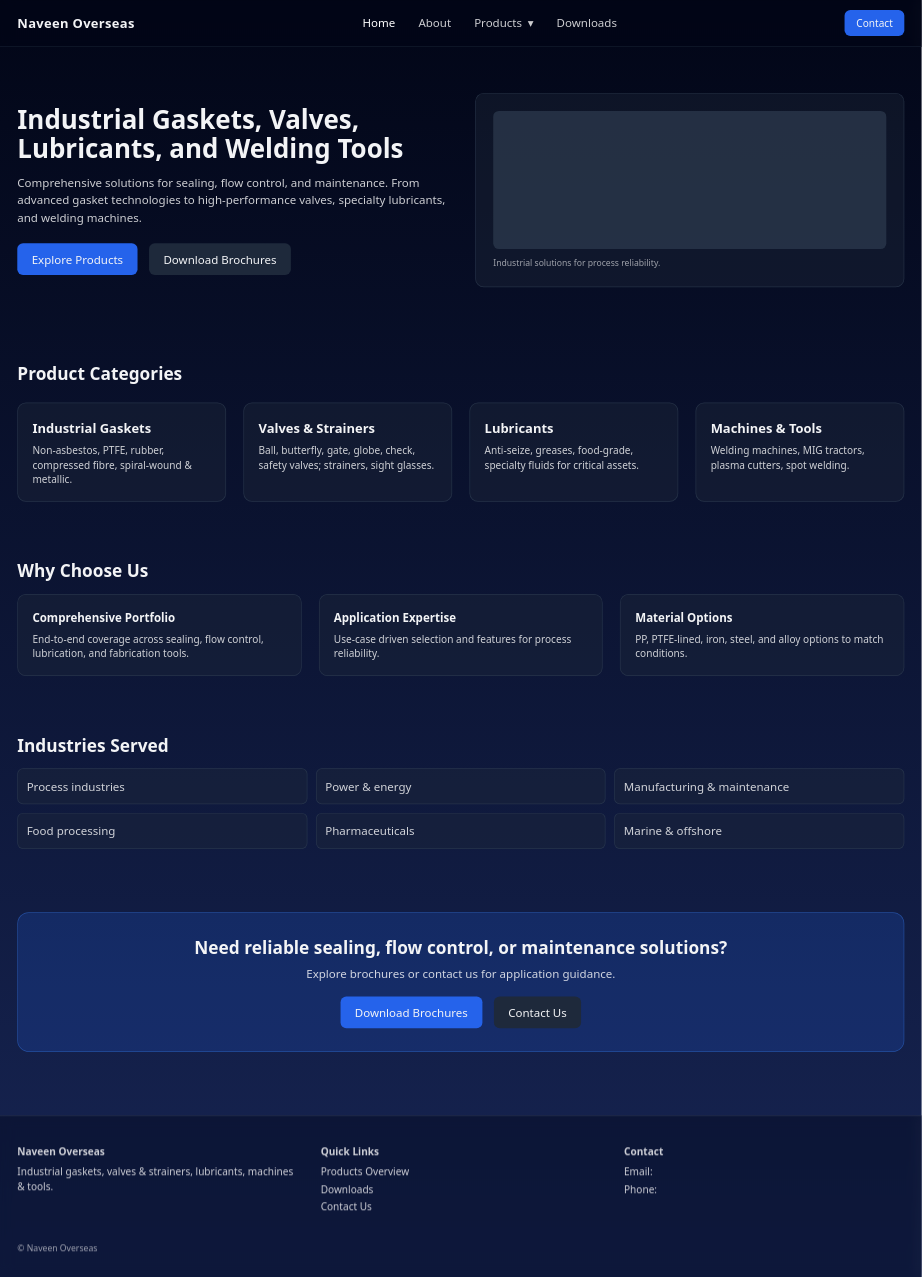
Repository: krish634-ai/overs
Page: /
These files come from the project's save history. The page is drawn as it stood at one moment and after the next save; the edit follows.
The browser window is 1280 px wide. The pictures show the whole page, at 72% of full size.
The project was rebuilt for these pictures with package versions that can differ from the ones it lists, and the page was loaded fresh each time. Also part of the build but not shown: vite.config.js, src/pages/About.jsx, src/pages/Products.jsx, src/pages/Gaskets.jsx, src/pages/Valves.jsx, src/pages/Lubricants.jsx, src/pages/MachinesTools.jsx, src/pages/Contact.jsx and 1 more.

Above is the page before, as saved 2025-11-19 14:15:37.

### index.html
<!doctype html>
<html lang="en">
  <head>
    <meta charset="UTF-8" />
    <meta name="viewport" content="width=device-width, initial-scale=1.0" />
    <title>Naveen Overseas</title>
  </head>
  <body>
    <div id="root"></div>
    <script type="module" src="/src/main.jsx"></script>
  </body>
</html>

### src/main.jsx
import React from 'react'
import ReactDOM from 'react-dom/client'
import { BrowserRouter } from 'react-router-dom'
import App from './App.jsx'
import './styles.css'

ReactDOM.createRoot(document.getElementById('root')).render(
  <React.StrictMode>
    <BrowserRouter>
      <App />
    </BrowserRouter>
  </React.StrictMode>
)

### src/App.jsx
import { Routes, Route } from 'react-router-dom'
import Layout from './components/Layout.jsx'
import Home from './pages/Home.jsx'
import About from './pages/About.jsx'
import Products from './pages/Products.jsx'
import Gaskets from './pages/Gaskets.jsx'
import Valves from './pages/Valves.jsx'
import Lubricants from './pages/Lubricants.jsx'
import MachinesTools from './pages/MachinesTools.jsx'
import Contact from './pages/Contact.jsx'
import Downloads from './pages/Downloads.jsx'

export default function App() {
  return (
    <Layout>
      <Routes>
        <Route path="/" element={<Home />} />
        <Route path="/about" element={<About />} />
        <Route path="/products" element={<Products />} />
        <Route path="/gaskets" element={<Gaskets />} />
        <Route path="/valves" element={<Valves />} />
        <Route path="/lubricants" element={<Lubricants />} />
        <Route path="/machines-tools" element={<MachinesTools />} />
        <Route path="/contact" element={<Contact />} />
        <Route path="/downloads" element={<Downloads />} />
      </Routes>
    </Layout>
  )
}

### src/styles.css
@tailwind base;
@tailwind components;
@tailwind utilities;

html, body, #root {
  height: 100%;
}

### src/components/Layout.jsx
import Nav from './Nav.jsx'
import Footer from './Footer.jsx'

export default function Layout({ children }) {
  return (
    <div className="min-h-screen flex flex-col bg-gradient-to-b from-slate-950 to-blue-950 text-gray-100">
      <header className="sticky top-0 z-40 border-b border-slate-800/60 bg-slate-950/60 backdrop-blur">
        <Nav />
      </header>
      <main className="flex-1">{children}</main>
      <Footer />
    </div>
  )
}

### src/pages/Home.jsx
import { Link } from 'react-router-dom'

export default function Home() {
  return (
    <div>
      <section className="container mx-auto px-6 py-16">
        <div className="grid md:grid-cols-2 gap-10 items-center">
          <div>
            <h1 className="text-3xl md:text-4xl font-bold leading-tight">Industrial Gaskets, Valves, Lubricants, and Welding Tools</h1>
            <p className="mt-4 text-white/80">Comprehensive solutions for sealing, flow control, and maintenance. From advanced gasket technologies to high-performance valves, specialty lubricants, and welding machines.</p>
            <div className="mt-6 flex gap-4">
              <Link to="/products" className="inline-flex items-center rounded-lg bg-blue-600 px-5 py-2.5 font-medium hover:bg-blue-500">Explore Products</Link>
              <Link to="/downloads" className="inline-flex items-center rounded-lg bg-slate-800 px-5 py-2.5 font-medium hover:bg-slate-700">Download Brochures</Link>
            </div>
          </div>
          <div className="rounded-xl bg-slate-800/40 p-6 border border-slate-700/60">
            <div data-image="hero-industrial.jpg" className="h-48 w-full rounded-lg bg-slate-700/60"></div>
            <p className="mt-3 text-xs text-white/60">Industrial solutions for process reliability.</p>
          </div>
        </div>
      </section>

      <section className="container mx-auto px-6 py-10">
        <h2 className="text-2xl font-semibold">Product Categories</h2>
        <div className="mt-6 grid sm:grid-cols-2 lg:grid-cols-4 gap-6">
          <Link to="/gaskets" className="block rounded-xl border border-slate-700/60 bg-slate-800/40 p-5 hover:bg-slate-800/60">
            <h3 className="text-lg font-semibold">Industrial Gaskets</h3>
            <p className="mt-2 text-sm text-white/80">Non-asbestos, PTFE, rubber, compressed fibre, spiral-wound &amp; metallic.</p>
          </Link>
          <Link to="/valves" className="block rounded-xl border border-slate-700/60 bg-slate-800/40 p-5 hover:bg-slate-800/60">
            <h3 className="text-lg font-semibold">Valves &amp; Strainers</h3>
            <p className="mt-2 text-sm text-white/80">Ball, butterfly, gate, globe, check, safety valves; strainers, sight glasses.</p>
          </Link>
          <Link to="/lubricants" className="block rounded-xl border border-slate-700/60 bg-slate-800/40 p-5 hover:bg-slate-800/60">
            <h3 className="text-lg font-semibold">Lubricants</h3>
            <p className="mt-2 text-sm text-white/80">Anti-seize, greases, food-grade, specialty fluids for critical assets.</p>
          </Link>
          <Link to="/machines-tools" className="block rounded-xl border border-slate-700/60 bg-slate-800/40 p-5 hover:bg-slate-800/60">
            <h3 className="text-lg font-semibold">Machines &amp; Tools</h3>
            <p className="mt-2 text-sm text-white/80">Welding machines, MIG tractors, plasma cutters, spot welding.</p>
          </Link>
        </div>
      </section>

      <section className="container mx-auto px-6 py-10">
        <h2 className="text-2xl font-semibold">Why Choose Us</h2>
        <div className="mt-4 grid sm:grid-cols-2 lg:grid-cols-3 gap-6">
          <div className="rounded-xl border border-slate-700/60 bg-slate-800/40 p-5">
            <h3 className="font-semibold">Comprehensive Portfolio</h3>
            <p className="mt-2 text-sm text-white/80">End-to-end coverage across sealing, flow control, lubrication, and fabrication tools.</p>
          </div>
          <div className="rounded-xl border border-slate-700/60 bg-slate-800/40 p-5">
            <h3 className="font-semibold">Application Expertise</h3>
            <p className="mt-2 text-sm text-white/80">Use-case driven selection and features for process reliability.</p>
          </div>
          <div className="rounded-xl border border-slate-700/60 bg-slate-800/40 p-5">
            <h3 className="font-semibold">Material Options</h3>
            <p className="mt-2 text-sm text-white/80">PP, PTFE-lined, iron, steel, and alloy options to match conditions.</p>
          </div>
        </div>
      </section>

      <section className="container mx-auto px-6 py-10">
        <h2 className="text-2xl font-semibold">Industries Served</h2>
        <ul className="mt-4 grid sm:grid-cols-2 lg:grid-cols-3 gap-3 text-white/80">
          <li className="rounded-lg bg-slate-800/40 border border-slate-700/60 p-3">Process industries</li>
          <li className="rounded-lg bg-slate-800/40 border border-slate-700/60 p-3">Power &amp; energy</li>
          <li className="rounded-lg bg-slate-800/40 border border-slate-700/60 p-3">Manufacturing &amp; maintenance</li>
          <li className="rounded-lg bg-slate-800/40 border border-slate-700/60 p-3">Food processing</li>
          <li className="rounded-lg bg-slate-800/40 border border-slate-700/60 p-3">Pharmaceuticals</li>
          <li className="rounded-lg bg-slate-800/40 border border-slate-700/60 p-3">Marine &amp; offshore</li>
        </ul>
      </section>

      <section className="container mx-auto px-6 py-12">
        <div className="rounded-2xl bg-blue-600/20 border border-blue-500/40 p-8 text-center">
          <h2 className="text-2xl font-semibold">Need reliable sealing, flow control, or maintenance solutions?</h2>
          <p className="mt-2 text-white/80">Explore brochures or contact us for application guidance.</p>
          <div className="mt-5 flex justify-center gap-4">
            <Link to="/downloads" className="inline-flex items-center rounded-lg bg-blue-600 px-5 py-2.5 font-medium hover:bg-blue-500">Download Brochures</Link>
            <Link to="/contact" className="inline-flex items-center rounded-lg bg-slate-800 px-5 py-2.5 font-medium hover:bg-slate-700">Contact Us</Link>
          </div>
        </div>
      </section>
    </div>
  )
}

### src/components/Nav.jsx
import { useState } from 'react'
import { NavLink, Link } from 'react-router-dom'

export default function Nav() {
  const [openProducts, setOpenProducts] = useState(false)
  const [mobileOpen, setMobileOpen] = useState(false)

  const linkClass = ({ isActive }) =>
    `transition-colors hover:text-white ${isActive ? 'text-white' : 'text-white/80'}`

  return (
    <div className="container mx-auto px-6">
      <div className="flex h-16 items-center justify-between">
        <NavLink to="/" className="text-lg font-semibold tracking-wide">Naveen Overseas</NavLink>
        <div className="hidden md:flex items-center gap-8">
          <NavLink to="/" className={linkClass}>Home</NavLink>
          <NavLink to="/about" className={linkClass}>About</NavLink>
          <div className="relative">
            <button className="text-white/80 hover:text-white transition-colors inline-flex items-center gap-2" onClick={() => setOpenProducts(v => !v)}>
              Products
              <span className={`transition-transform ${openProducts ? 'rotate-180' : 'rotate-0'}`}>▾</span>
            </button>
            {openProducts && (
              <div className="absolute left-0 mt-3 w-[560px] rounded-xl bg-slate-900/90 backdrop-blur ring-1 ring-white/10 shadow-soft p-6 grid grid-cols-2 gap-4">
                <Link to="/products" className="col-span-2 rounded-lg bg-slate-800/40 ring-1 ring-white/10 px-4 py-3 hover:bg-slate-800/60">Overview</Link>
                <Link to="/gaskets" className="rounded-lg bg-slate-800/40 ring-1 ring-white/10 px-4 py-3 hover:bg-slate-800/60">Gaskets</Link>
                <Link to="/valves" className="rounded-lg bg-slate-800/40 ring-1 ring-white/10 px-4 py-3 hover:bg-slate-800/60">Valves &amp; Strainers</Link>
                <Link to="/lubricants" className="rounded-lg bg-slate-800/40 ring-1 ring-white/10 px-4 py-3 hover:bg-slate-800/60">Lubricants</Link>
                <Link to="/machines-tools" className="rounded-lg bg-slate-800/40 ring-1 ring-white/10 px-4 py-3 hover:bg-slate-800/60">Machines &amp; Tools</Link>
              </div>
            )}
          </div>
          <NavLink to="/downloads" className={linkClass}>Downloads</NavLink>
        </div>
        <div className="hidden md:flex items-center gap-3">
          <NavLink to="/contact" className="inline-flex items-center rounded-lg bg-brand px-4 py-2 text-sm font-medium hover:bg-brand-dark">Contact</NavLink>
        </div>
        <button className="md:hidden inline-flex items-center rounded-lg bg-slate-800 px-3 py-2" onClick={() => setMobileOpen(true)}>Menu</button>
      </div>

      {mobileOpen && (
        <div className="fixed inset-0 z-50 bg-slate-950/80 backdrop-blur">
          <div className="absolute inset-x-0 top-0 bg-slate-900/90 p-6 border-b border-white/10">
            <div className="flex items-center justify-between">
              <Link to="/" className="text-lg font-semibold">Naveen Overseas</Link>
              <button className="inline-flex items-center rounded-lg bg-slate-800 px-3 py-2" onClick={() => setMobileOpen(false)}>Close</button>
            </div>
            <div className="mt-6 grid gap-3 text-sm">
              <NavLink to="/" className="rounded-lg bg-slate-800/40 px-4 py-3" onClick={() => setMobileOpen(false)}>Home</NavLink>
              <NavLink to="/about" className="rounded-lg bg-slate-800/40 px-4 py-3" onClick={() => setMobileOpen(false)}>About</NavLink>
              <NavLink to="/products" className="rounded-lg bg-slate-800/40 px-4 py-3" onClick={() => setMobileOpen(false)}>Products Overview</NavLink>
              <NavLink to="/gaskets" className="rounded-lg bg-slate-800/40 px-4 py-3" onClick={() => setMobileOpen(false)}>Gaskets</NavLink>
              <NavLink to="/valves" className="rounded-lg bg-slate-800/40 px-4 py-3" onClick={() => setMobileOpen(false)}>Valves &amp; Strainers</NavLink>
              <NavLink to="/lubricants" className="rounded-lg bg-slate-800/40 px-4 py-3" onClick={() => setMobileOpen(false)}>Lubricants</NavLink>
              <NavLink to="/machines-tools" className="rounded-lg bg-slate-800/40 px-4 py-3" onClick={() => setMobileOpen(false)}>Machines &amp; Tools</NavLink>
              <NavLink to="/downloads" className="rounded-lg bg-slate-800/40 px-4 py-3" onClick={() => setMobileOpen(false)}>Downloads</NavLink>
              <NavLink to="/contact" className="rounded-lg bg-brand px-4 py-3 text-center" onClick={() => setMobileOpen(false)}>Contact</NavLink>
            </div>
          </div>
        </div>
      )}
    </div>
  )
}

### src/components/Footer.jsx
export default function Footer() {
  return (
    <footer className="mt-10 border-t border-white/10 bg-slate-950/40 backdrop-blur">
      <div className="container mx-auto px-6 py-10 grid md:grid-cols-3 gap-8 text-sm text-white/80">
        <div>
          <div className="font-semibold">Naveen Overseas</div>
          <p className="mt-2">Industrial gaskets, valves &amp; strainers, lubricants, machines &amp; tools.</p>
        </div>
        <div>
          <div className="font-semibold">Quick Links</div>
          <ul className="mt-2 space-y-1">
            <li><a href="/products" className="hover:text-white/90">Products Overview</a></li>
            <li><a href="/downloads" className="hover:text-white/90">Downloads</a></li>
            <li><a href="/contact" className="hover:text-white/90">Contact Us</a></li>
          </ul>
        </div>
        <div>
          <div className="font-semibold">Contact</div>
          <ul className="mt-2 space-y-1">
            <li>Email: </li>
            <li>Phone: </li>
          </ul>
        </div>
      </div>
      <div className="container mx-auto px-6 pb-8 text-xs text-white/60">&copy; Naveen Overseas</div>
    </footer>
  )
}

### tailwind.config.js
export default {
  content: [
    './index.html',
    './src/**/*.{js,jsx,ts,tsx}',
  ],
  theme: {
    extend: {
      colors: {
        brand: {
          DEFAULT: '#2563eb',
          dark: '#1e40af',
        },
      },
      boxShadow: {
        soft: '0 10px 30px -10px rgba(2, 6, 23, 0.6)',
      },
    },
  },
  plugins: [],
}

After the next save:
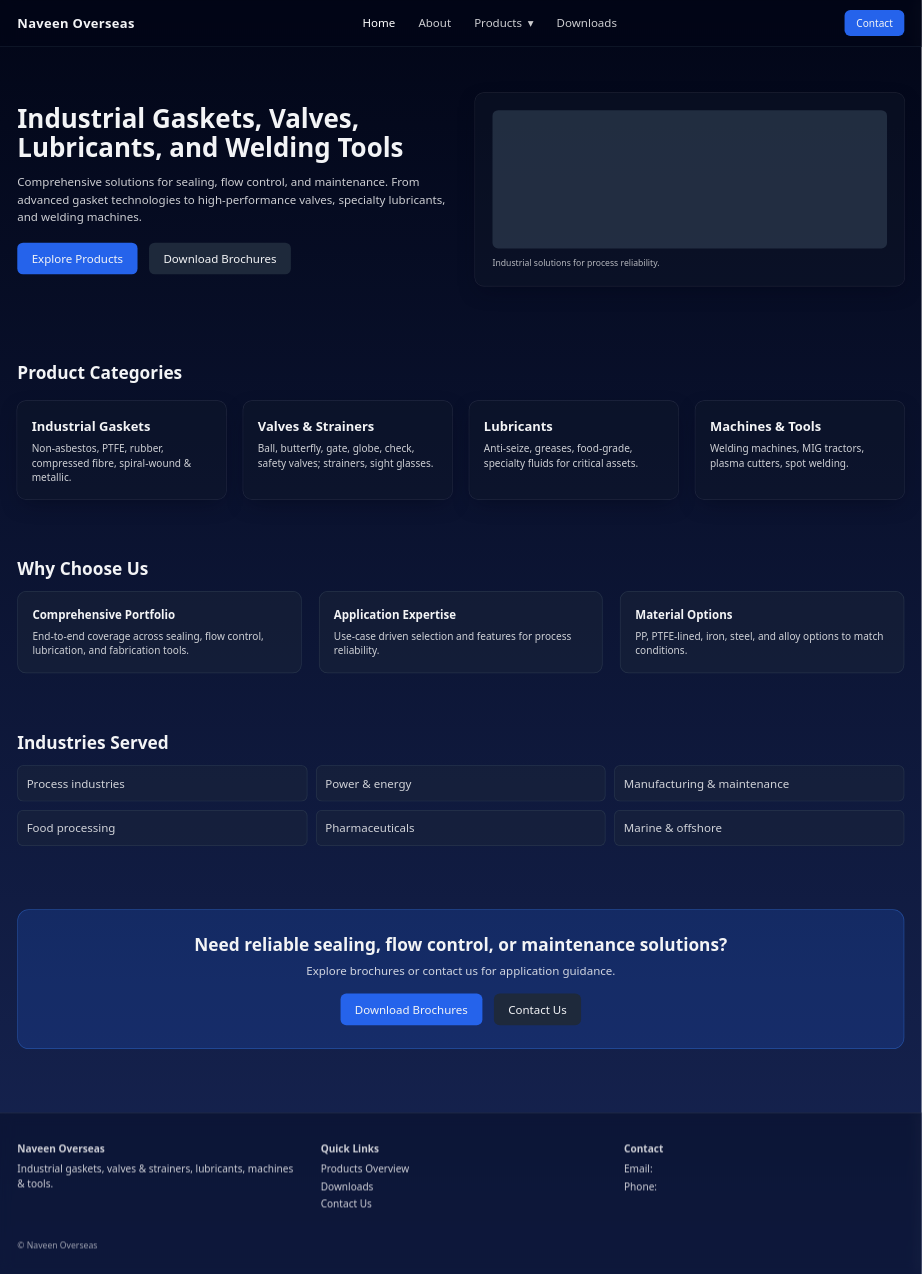
Saved 3 s later.
--- a/src/pages/Home.jsx
+++ b/src/pages/Home.jsx
@@ -13,9 +13,9 @@ export default function Home() {
               <Link to="/downloads" className="inline-flex items-center rounded-lg bg-slate-800 px-5 py-2.5 font-medium hover:bg-slate-700">Download Brochures</Link>
             </div>
           </div>
-          <div className="rounded-xl bg-slate-800/40 p-6 border border-slate-700/60">
+          <div className="rounded-xl bg-slate-900/40 p-6 ring-1 ring-white/10 shadow-soft">
             <div data-image="hero-industrial.jpg" className="h-48 w-full rounded-lg bg-slate-700/60"></div>
-            <p className="mt-3 text-xs text-white/60">Industrial solutions for process reliability.</p>
+            <p className="mt-3 text-xs text-white/70">Industrial solutions for process reliability.</p>
           </div>
         </div>
       </section>
@@ -23,19 +23,19 @@ export default function Home() {
       <section className="container mx-auto px-6 py-10">
         <h2 className="text-2xl font-semibold">Product Categories</h2>
         <div className="mt-6 grid sm:grid-cols-2 lg:grid-cols-4 gap-6">
-          <Link to="/gaskets" className="block rounded-xl border border-slate-700/60 bg-slate-800/40 p-5 hover:bg-slate-800/60">
+          <Link to="/gaskets" className="block rounded-xl bg-slate-900/40 ring-1 ring-white/10 p-5 hover:bg-slate-800/60 transition shadow-soft">
             <h3 className="text-lg font-semibold">Industrial Gaskets</h3>
             <p className="mt-2 text-sm text-white/80">Non-asbestos, PTFE, rubber, compressed fibre, spiral-wound &amp; metallic.</p>
           </Link>
-          <Link to="/valves" className="block rounded-xl border border-slate-700/60 bg-slate-800/40 p-5 hover:bg-slate-800/60">
+          <Link to="/valves" className="block rounded-xl bg-slate-900/40 ring-1 ring-white/10 p-5 hover:bg-slate-800/60 transition shadow-soft">
             <h3 className="text-lg font-semibold">Valves &amp; Strainers</h3>
             <p className="mt-2 text-sm text-white/80">Ball, butterfly, gate, globe, check, safety valves; strainers, sight glasses.</p>
           </Link>
-          <Link to="/lubricants" className="block rounded-xl border border-slate-700/60 bg-slate-800/40 p-5 hover:bg-slate-800/60">
+          <Link to="/lubricants" className="block rounded-xl bg-slate-900/40 ring-1 ring-white/10 p-5 hover:bg-slate-800/60 transition shadow-soft">
             <h3 className="text-lg font-semibold">Lubricants</h3>
             <p className="mt-2 text-sm text-white/80">Anti-seize, greases, food-grade, specialty fluids for critical assets.</p>
           </Link>
-          <Link to="/machines-tools" className="block rounded-xl border border-slate-700/60 bg-slate-800/40 p-5 hover:bg-slate-800/60">
+          <Link to="/machines-tools" className="block rounded-xl bg-slate-900/40 ring-1 ring-white/10 p-5 hover:bg-slate-800/60 transition shadow-soft">
             <h3 className="text-lg font-semibold">Machines &amp; Tools</h3>
             <p className="mt-2 text-sm text-white/80">Welding machines, MIG tractors, plasma cutters, spot welding.</p>
           </Link>
